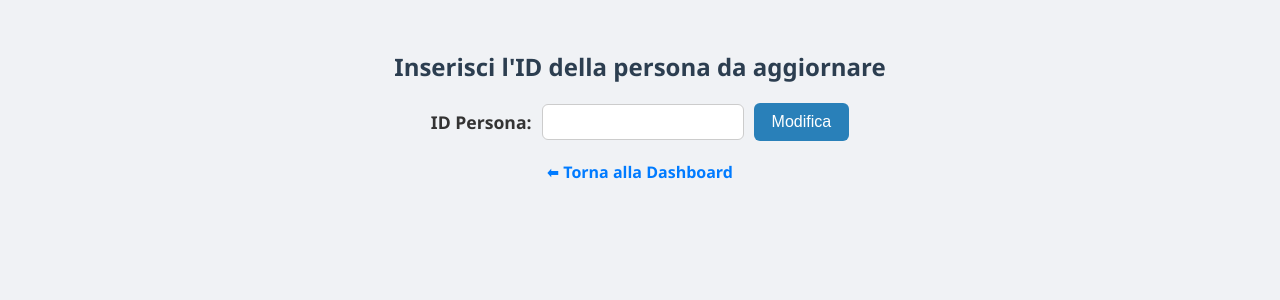
Repository: PcarloP/java_se
Page: http://localhost/anagraficaweb/update
The author's editor kept a copy of each file at every save. The page is drawn from the files as they stood at one save, then again after the next save.
The browser window is 1280 px wide. The pictures show the whole page.
The page is served by Tomcat 10. Other server files are loaded and not shown. Queries for data that is not in the repository find no rows.

Above is the page before, as saved 2025-06-22 19:35:58.

### anagraficaweb/WebContent/updatesetter.jsp
<%@ page language="java" contentType="text/html; charset=UTF-8" %>
<!DOCTYPE html>
<html lang="it">
<head>
    <meta charset="UTF-8">
    <title>Seleziona Persona da Aggiornare</title>
    <style>
        body {
            font-family: 'Segoe UI', Tahoma, Geneva, Verdana, sans-serif;
            background-color: #f0f2f5;
            color: #333;
            margin: 0;
            padding: 30px;
            display: flex;
            flex-direction: column;
            align-items: center;
        }

        h2 {
            color: #2c3e50;
            margin-bottom: 20px;
        }

        form {
            display: flex;
            gap: 10px;
            align-items: center;
            margin-bottom: 20px;
        }

        label {
            font-weight: bold;
            font-size: 1.1em;
        }

        input[type="text"] {
            padding: 8px 10px;
            border: 1px solid #ccc;
            border-radius: 6px;
            font-size: 1em;
            width: 180px;
            transition: border-color 0.3s ease;
        }

        input[type="text"]:focus {
            border-color: #2980b9;
            outline: none;
        }

        button {
            padding: 10px 18px;
            background-color: #2980b9;
            color: white;
            border: none;
            border-radius: 6px;
            font-size: 1em;
            cursor: pointer;
            transition: background-color 0.3s ease;
        }

        button:hover {
            background-color: #1c5980;
        }

        .back-button-container a {
            color: #007BFF;
            text-decoration: none;
            font-weight: bold;
            font-size: 1em;
        }

        .back-button-container a:hover {
            text-decoration: underline;
        }
    </style>
</head>
<body>
    <h2>Inserisci l'ID della persona da aggiornare</h2>

    <form action="update" method="get">
        <label>ID Persona:</label>
        <input type="text" name="id" required />
        <button type="submit">Modifica</button>
    </form>

    <div class="back-button-container">
        <a href="dashboard.jsp">⬅ Torna alla Dashboard</a>
    </div>
</body>
</html>

### anagraficaweb/src/main/java/it/promimpresa/anagrafica/controllo/Update.java
package it.promimpresa.anagrafica.controllo;

import jakarta.servlet.ServletException;
import jakarta.servlet.annotation.WebServlet;
import jakarta.servlet.http.HttpServlet;
import jakarta.servlet.http.HttpServletRequest;
import jakarta.servlet.http.HttpServletResponse;
import java.io.IOException;
import java.time.LocalDate;
import java.time.LocalDateTime;
import java.time.format.DateTimeParseException;
import java.util.List;

import it.promimpresa.anagrafica.modello.Persona;
import it.promimpresa.anagrafica.persistenza.DAOException;
import it.promimpresa.anagrafica.persistenza.persistenza.impl.PersonaDAOImpl;

/**
 * Servlet implementation class Update
 */
@WebServlet("/update")
public class Update extends HttpServlet {
	private static final long serialVersionUID = 1L;
	private static PersonaDAOImpl personaDAO = new PersonaDAOImpl();

    /**
     * @see HttpServlet#HttpServlet()
     */
    public Update() {
        super();
        // TODO Auto-generated constructor stub
    }

	/**
	 * @see HttpServlet#doGet(HttpServletRequest request, HttpServletResponse response)
	 */
	protected void doGet(HttpServletRequest request, HttpServletResponse response) throws ServletException, IOException {

		String idParam = request.getParameter("id");
		 try {
	            if (idParam == null) {
	                // Nessun ID: mostra l'elenco delle persone da modificare
	                List<Persona> persone = personaDAO.findAll();
	                request.setAttribute("persone", persone);
	                request.getRequestDispatcher("/updatesetter.jsp").forward(request, response);
	            } else {
	                // Con ID: carica la persona specifica e mostra la pagina con form di modifica
	                int id = Integer.parseInt(idParam);
	                Persona persona = personaDAO.findById(id);

	                if (persona != null) {
	                    request.setAttribute("persone", personaDAO.findAll()); // per mostrare sempre la lista
	                    request.setAttribute("persona", persona);
	                    request.getRequestDispatcher("/updatesetter.jsp").forward(request, response);
	                } else {
	                    request.setAttribute("messaggio", "Persona con ID " + id + " non trovata.");
	                    request.setAttribute("persone", personaDAO.findAll());
	                    request.getRequestDispatcher("/updatesetter.jsp").forward(request, response);
	                }
	            }
	        } catch (DAOException | NumberFormatException e) {
	            request.setAttribute("messaggio", "Errore durante il caricamento dei dati.");
	            request.getRequestDispatcher("/dashboard.jsp").forward(request, response);
	        }
		}








	/**
	 * @see HttpServlet#doPost(HttpServletRequest request, HttpServletResponse response)
	 */
	protected void doPost(HttpServletRequest request, HttpServletResponse response) throws ServletException, IOException {

		 try {
	            String idParam = request.getParameter("id");
	            String nome = request.getParameter("nome");
	            String cognome = request.getParameter("cognome");
	            String cf = request.getParameter("cf");
	            String dataNascitaParam = request.getParameter("dataNascita");

	            if (idParam == null || idParam.isEmpty()) {
	                request.setAttribute("messaggio", "ID persona mancante per l'aggiornamento.");
	                doGet(request, response);
	                return;
	            }

	            int id = Integer.parseInt(idParam);
	            Persona persona = personaDAO.findById(id);

	            if (persona == null) {
	                request.setAttribute("messaggio", "Persona con ID " + id + " non trovata.");
	                doGet(request, response);
	                return;
	            }

	            // Aggiorna i dati
	            persona.setNome(nome);
	            persona.setCognome(cognome);
	            persona.setCF(cf);

	            if (dataNascitaParam != null && !dataNascitaParam.isEmpty()) {
	                try {
	                    LocalDate dataNascita = LocalDate.parse(dataNascitaParam);
	                    persona.setDataNascita(dataNascita.atStartOfDay());
	                } catch (DateTimeParseException e) {
	                    request.setAttribute("messaggio", "Data di nascita non valida, ignorata.");
	                }
	            } else {
	                persona.setDataNascita(null);
	            }

	            // Aggiorna nel DB
	            personaDAO.update(persona);

	            request.setAttribute("messaggio", "Persona aggiornata con successo!");
	        } catch (DAOException | NumberFormatException e) {
	            request.setAttribute("messaggio", "Errore durante l'aggiornamento.");
	        }

	        // Dopo l’aggiornamento ricarica la lista senza form di modifica
	        try {
	            List<Persona> persone = personaDAO.findAll();
	            request.setAttribute("persone", persone);
	        } catch (DAOException e) {
	            request.setAttribute("messaggio", "Errore nel caricamento della lista dopo aggiornamento.");
	        }
	        request.getRequestDispatcher("/updatesetter.jsp").forward(request, response);
	    }
}

### anagraficaweb/src/main/java/it/promimpresa/anagrafica/persistenza/DataSource.java
package it.promimpresa.anagrafica.persistenza;

import java.sql.DriverManager;
import java.sql.SQLException;

import com.sun.jdi.connect.spi.Connection;

public class DataSource {

	private static final String URL = "jdbc:mysql://localhost:3306/anagrafica_db";
	private static final String USER = "root";
	private static final String PASSWORD = "";
	private static final String DRIVER = "com.mysql.cj.jdbc.Driver";

	static {
		try {
			Class.forName(DRIVER);
		} catch (ClassNotFoundException e) {
			System.out.println(e.getMessage());
		}
	}

	public static java.sql.Connection getConnection() throws SQLException {
		return DriverManager.getConnection(URL, USER, PASSWORD);
	}
}

### anagraficaweb/src/main/java/it/promimpresa/anagrafica/persistenza/DBUtil.java
package it.promimpresa.anagrafica.persistenza;

import java.sql.*;

public class DBUtil {

	private DBUtil() {
	}

	public static void close(ResultSet rs) {
		try {
			if (rs != null) {
				rs.close();
			}
		} catch (SQLException e) {
			System.out.println(e.getMessage());
		}
	}

	public static void close(PreparedStatement statement) {
		try {
			if (statement != null) {
				statement.close();
			}
		} catch (SQLException e) {
			System.out.println(e.getMessage());
		}
	}

	public static void close(Connection connection) {
		try {
			if (connection != null) {
				connection.close();
			}
		} catch (SQLException e) {
			System.out.println(e.getMessage());
		}
	}

}

After the next save:
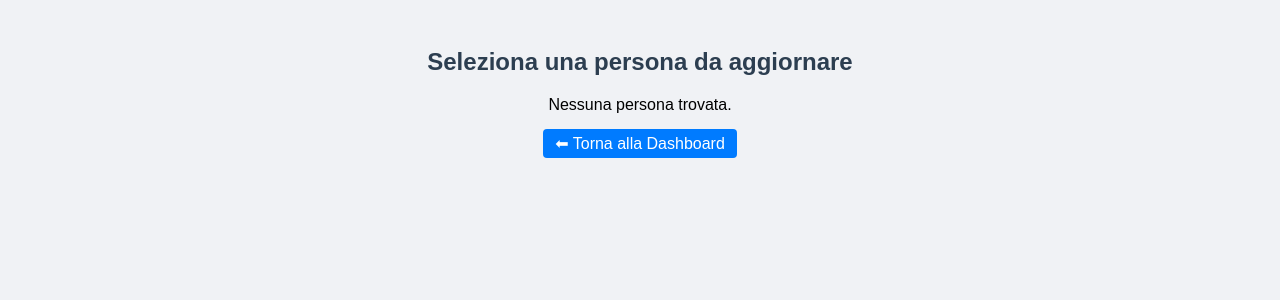
Saved 2 h 7 min later.
--- a/anagraficaweb/WebContent/updatesetter.jsp
+++ b/anagraficaweb/WebContent/updatesetter.jsp
@@ -1,90 +1,107 @@
-<%@ page language="java" contentType="text/html; charset=UTF-8" %>
+<%@ page language="java" contentType="text/html; charset=UTF-8" import="java.util.List, it.promimpresa.anagrafica.modello.Persona" %>
 <!DOCTYPE html>
 <html lang="it">
 <head>
     <meta charset="UTF-8">
-    <title>Seleziona Persona da Aggiornare</title>
+    <title>Lista Persone da Aggiornare</title>
     <style>
         body {
-            font-family: 'Segoe UI', Tahoma, Geneva, Verdana, sans-serif;
+            font-family: Arial, sans-serif;
             background-color: #f0f2f5;
-            color: #333;
-            margin: 0;
-            padding: 30px;
-            display: flex;
-            flex-direction: column;
-            align-items: center;
+            padding: 20px;
         }
 
         h2 {
+            text-align: center;
             color: #2c3e50;
-            margin-bottom: 20px;
         }
 
-        form {
-            display: flex;
-            gap: 10px;
-            align-items: center;
-            margin-bottom: 20px;
+        table {
+            margin: auto;
+            width: 80%;
+            border-collapse: collapse;
+            background-color: #fff;
+            box-shadow: 0 0 8px rgba(0,0,0,0.1);
         }
 
-        label {
-            font-weight: bold;
-            font-size: 1.1em;
+        th, td {
+            padding: 12px;
+            border: 1px solid #ddd;
+            text-align: center;
         }
 
-        input[type="text"] {
-            padding: 8px 10px;
-            border: 1px solid #ccc;
-            border-radius: 6px;
-            font-size: 1em;
-            width: 180px;
-            transition: border-color 0.3s ease;
+        th {
+            background-color: #007bff;
+            color: white;
         }
 
-        input[type="text"]:focus {
-            border-color: #2980b9;
-            outline: none;
+        a.button {
+            padding: 6px 12px;
+            background-color: #007bff;
+            color: white;
+            border-radius: 4px;
+            text-decoration: none;
         }
 
-        button {
-            padding: 10px 18px;
-            background-color: #2980b9;
-            color: white;
-            border: none;
-            border-radius: 6px;
-            font-size: 1em;
-            cursor: pointer;
-            transition: background-color 0.3s ease;
+        a.button:hover {
+            background-color: #0056b3;
         }
 
-        button:hover {
-            background-color: #1c5980;
-        }
-
-        .back-button-container a {
-            color: #007BFF;
-            text-decoration: none;
-            font-weight: bold;
-            font-size: 1em;
-        }
-
-        .back-button-container a:hover {
-            text-decoration: underline;
+        .back-button {
+            text-align: center;
+            margin-top: 20px;
         }
     </style>
 </head>
 <body>
-    <h2>Inserisci l'ID della persona da aggiornare</h2>
 
-    <form action="update" method="get">
-        <label>ID Persona:</label>
-        <input type="text" name="id" required />
-        <button type="submit">Modifica</button>
-    </form>
+    <h2>Seleziona una persona da aggiornare</h2>
 
-    <div class="back-button-container">
-        <a href="dashboard.jsp">⬅ Torna alla Dashboard</a>
+    <%
+        List<Persona> persone = (List<Persona>) request.getAttribute("persone");
+        if (persone != null && !persone.isEmpty()) {
+    %>
+        <table>
+            <thead>
+                <tr>
+                    <th>ID</th>
+                    <th>Nome</th>
+                    <th>Cognome</th>
+                    <th>Codice Fiscale</th>
+                    <th>Data Nascita</th>
+                    <th>Modifica</th>
+                </tr>
+            </thead>
+            <tbody>
+            <%
+                for (Persona p : persone) {
+            %>
+                <tr>
+                    <td><%= p.getId() %></td>
+                    <td><%= p.getNome() %></td>
+                    <td><%= p.getCognome() %></td>
+                    <td><%= p.getCF() %></td>
+                    <td><%= p.getDataNascita() %></td>
+                    <td>
+                        <a class="button" href="update?id=<%= p.getId() %>">Modifica</a>
+                    </td>
+                </tr>
+            <%
+                }
+            %>
+            </tbody>
+        </table>
+    <%
+        } else {
+    %>
+        <p style="text-align: center;">Nessuna persona trovata.</p>
+    <%
+        }
+    %>
+
+    <div class="back-button">
+        <a class="button" href="dashboard.jsp">⬅ Torna alla Dashboard</a>
     </div>
+
 </body>
 </html>
